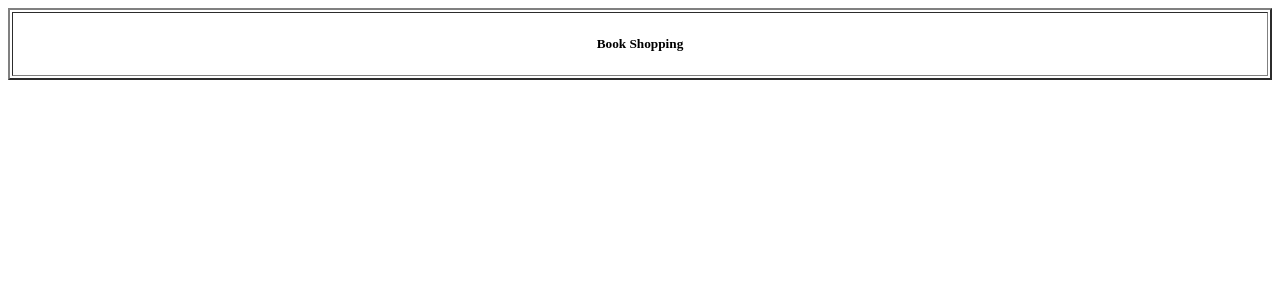
Repository: SomasundaramPappannan/New
Page: http://localhost/bookstore-ws/Header.jsp
The author's editor kept a copy of each file at every save. The page is drawn from the files as they stood at one save, then again after the next save.
The browser window is 1280 px wide. The pictures show the whole page.
The page is served by Tomcat 9.

Above is the page before, as saved 2017-08-24 14:39:45.

After the next save:
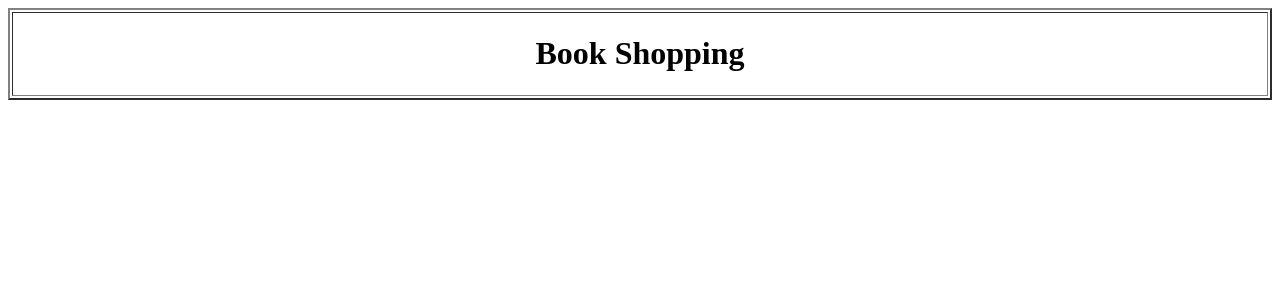
Saved 4 h 4 min later.
--- a/bookstore-ws/WebContent/Header.jsp
+++ b/bookstore-ws/WebContent/Header.jsp
@@ -11,7 +11,7 @@
 <table border="2" width="100%" height="100%">
 
 	<tr>
-		<td><h5><center>Book Shopping </center></h5></td>
+		<td><h1><center>Book Shopping </center></h1></td>
 	</tr>
 
 
